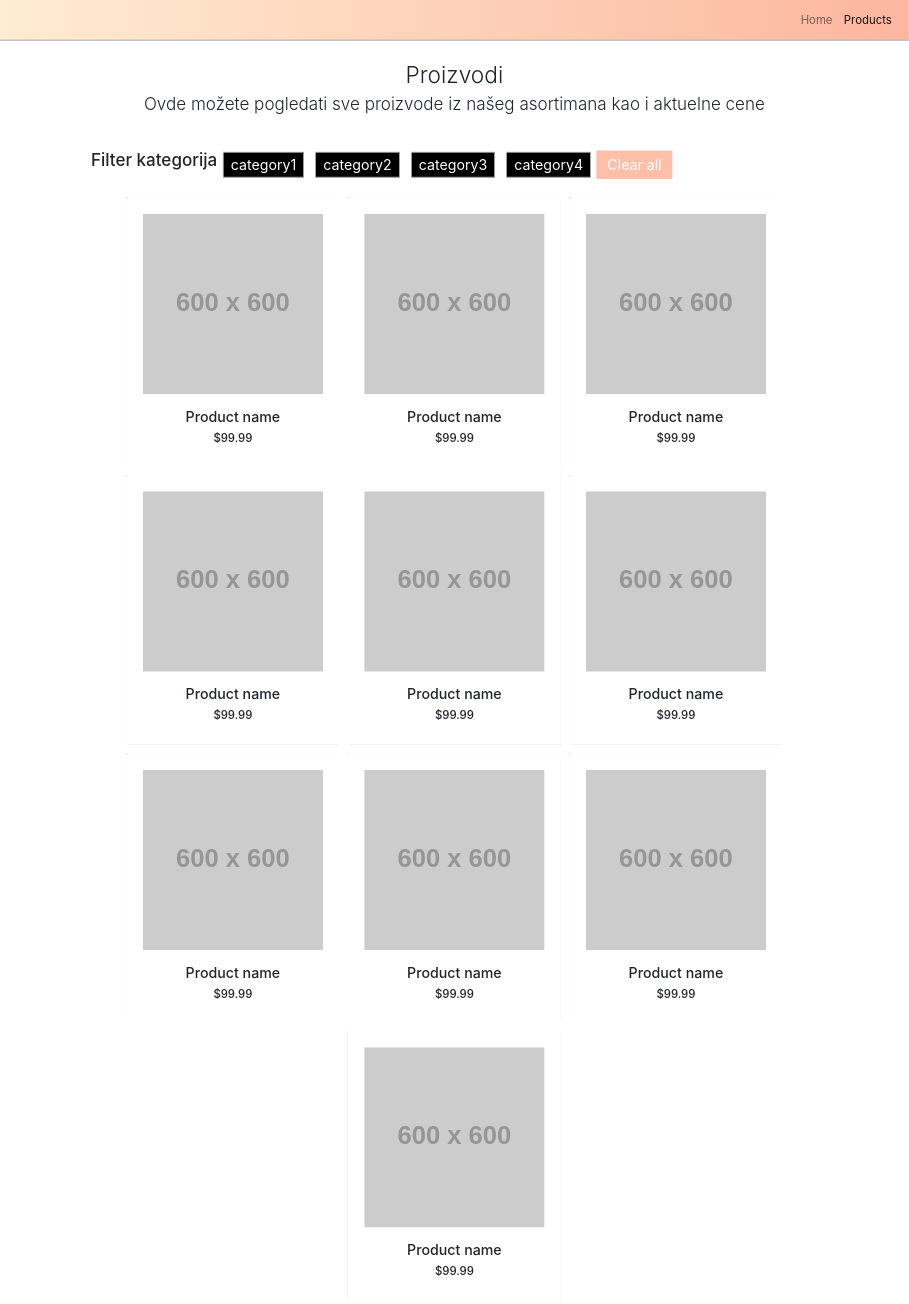
Repository: StevanFilipovic/TemplateForSinglepageWebsite
Page: products.html
An editor plug-in stored every save of this project. The page is shown before and after the next save, followed by the edit.
The browser window is 1280 px wide. The pictures show the whole page, at 71% of full size.
Some web libraries are served in a nearby version.

Above is the page before, as saved 2018-06-15 09:58:26.

After the next save:
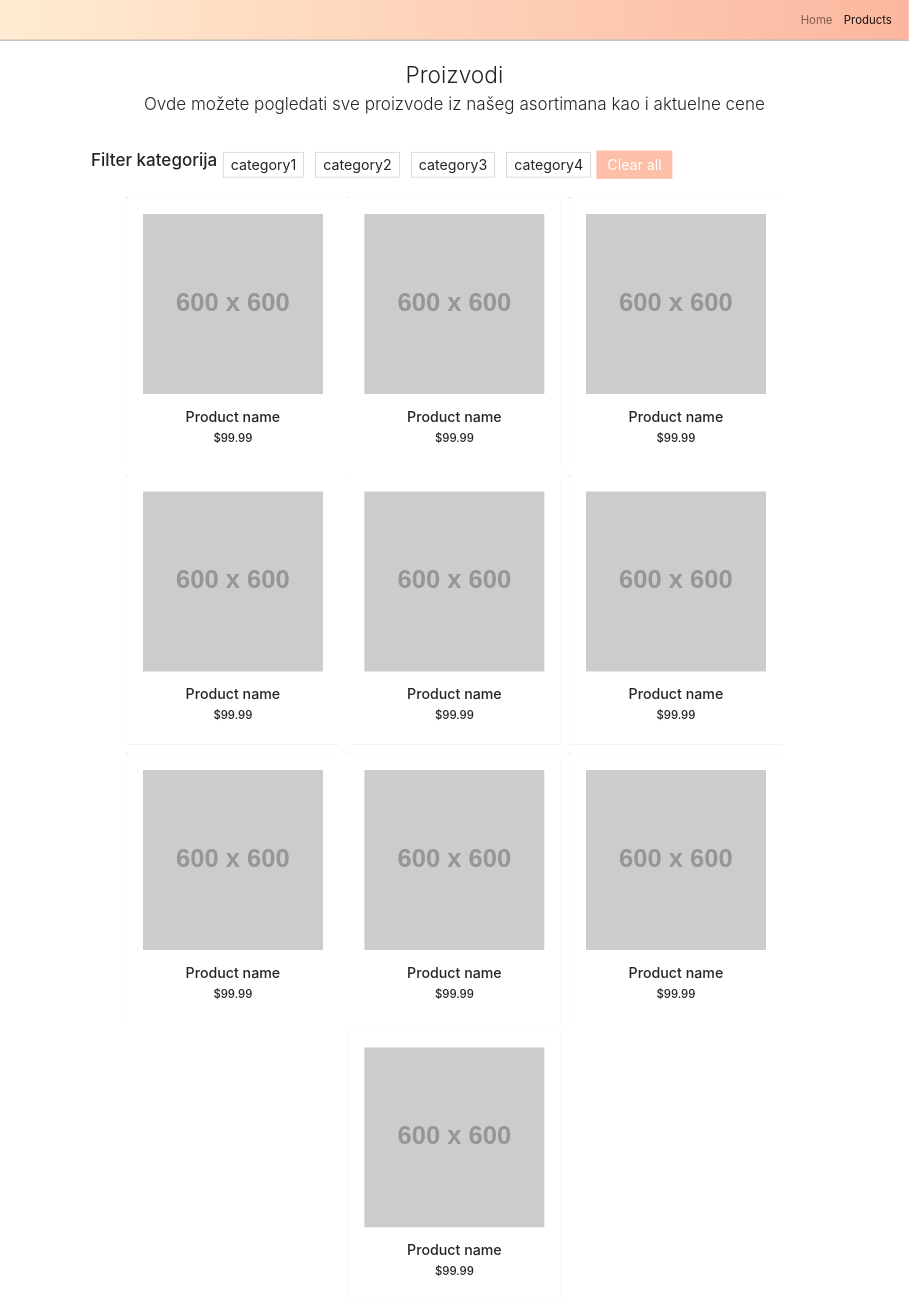
Saved 16 s later.
--- a/products-page-style.css
+++ b/products-page-style.css
@@ -99,17 +99,6 @@
     padding: 2px 10px;
   }
 
-  .filter-container {
-    background-color: #000;
-    color: #FFF;
-  }
-  .filter-container.foo {
-    background-color: #FFF;
-    color: #000;
-  }
-
-
-
 
 .filter-category{
   border: 1px solid #cccccc;
